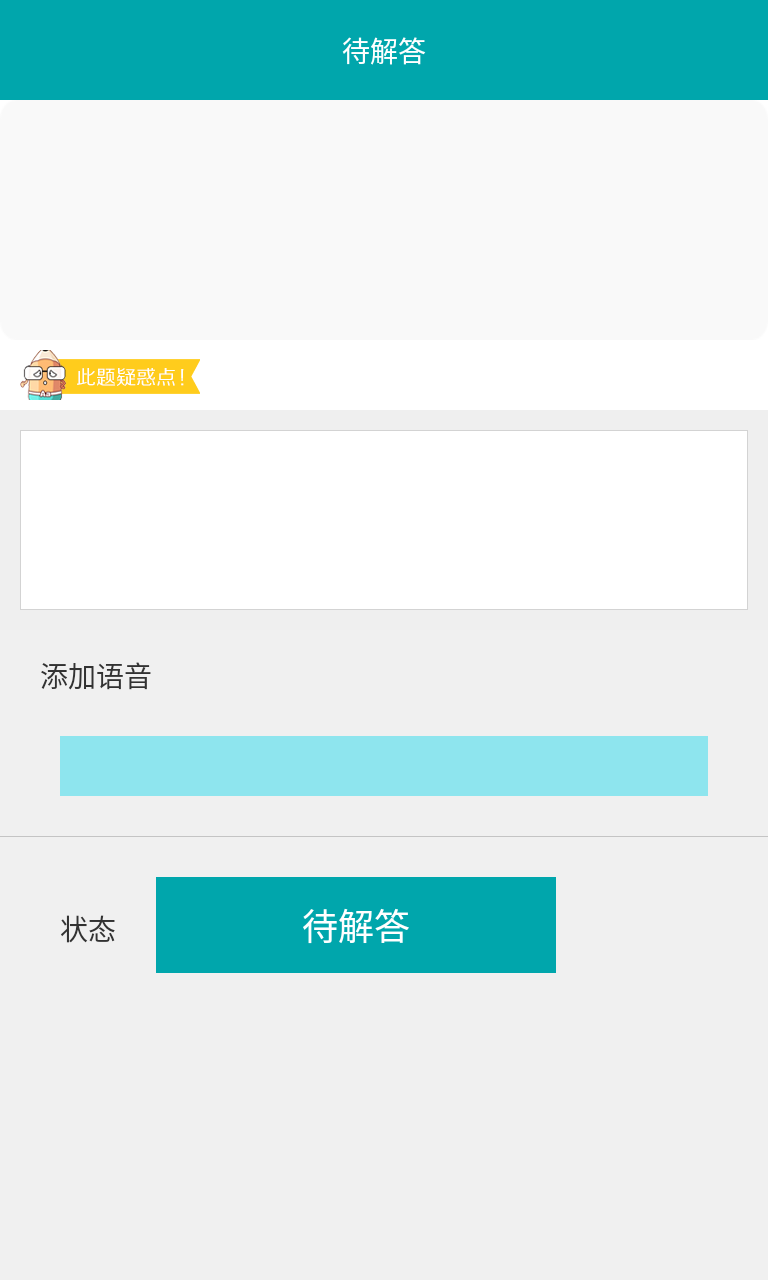
Repository: 2015-Forever/JWD
Layout: Jwd/res/layout/activity_un_answer.xml
An editor plug-in stored every save of this project. The layout is shown before and after the next save, followed by the edit.
It is drawn on a 768 x 1280 px phone screen (xhdpi) without system bars, with theme AppTheme; the app's code is not run.

Above is the layout before, as saved 2015-07-16 05:50:54.

After the next save:
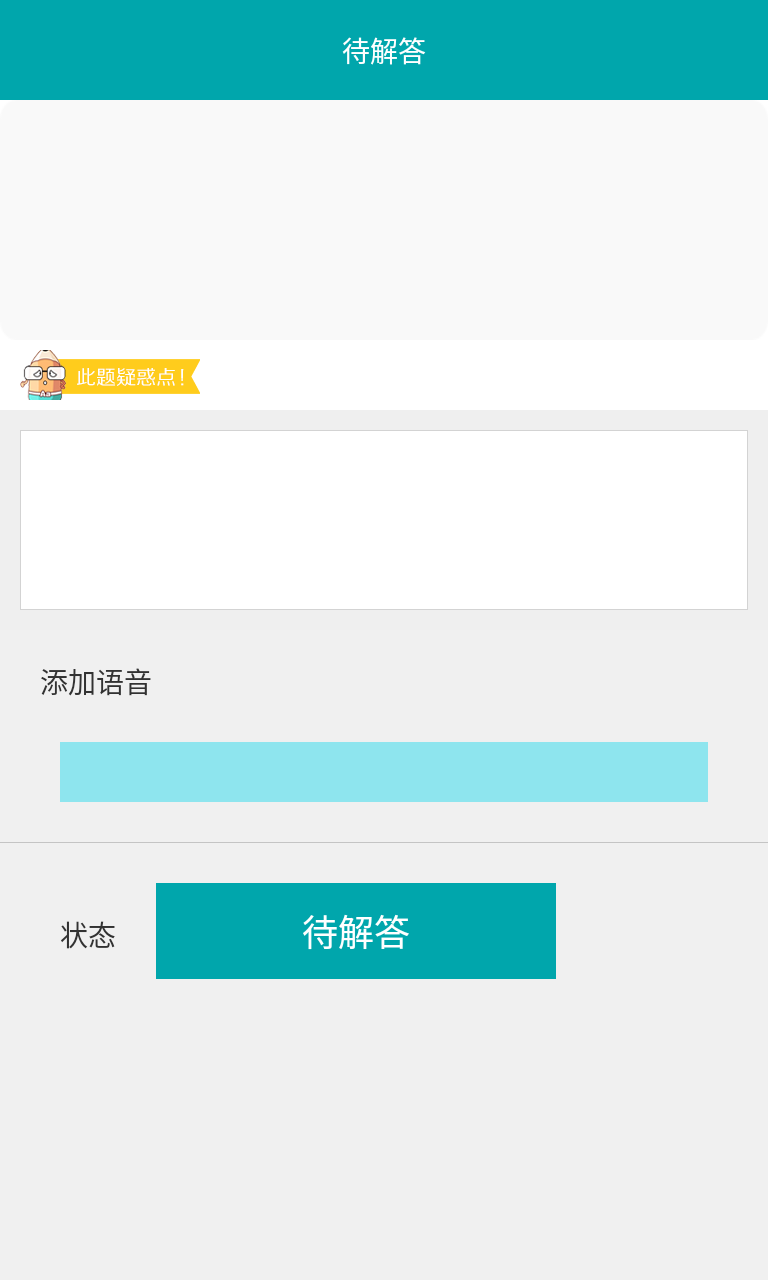
Saved 78 s later.
--- a/Jwd/res/layout/activity_un_answer.xml
+++ b/Jwd/res/layout/activity_un_answer.xml
@@ -67,7 +67,7 @@
             android:layout_width="wrap_content"
             android:layout_height="wrap_content"
             android:layout_marginLeft="20dp"
-            android:layout_marginTop="12dp"
+            android:layout_marginTop="15dp"
             android:text="添加语音" />
 
         <ImageView
